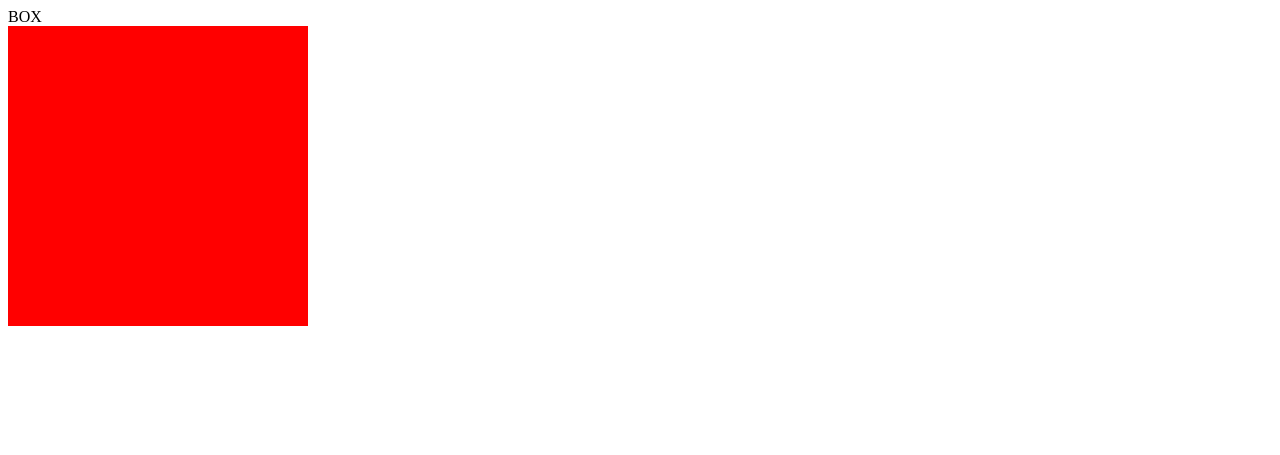
Repository: cyaomasa/java-
Page: box/box.html
The author's editor kept a record of every edit. The page is drawn from the files as they stood at one moment, then again after the next edit.
The browser window is 1280 px wide. The pictures show the whole page.

Above is the page before.

### box/box.html
<!DOCTYPE html>
<html lang="ja">
  <head>
    <meta charset="UTF-8" />
    <!--cssファイルの取り込み-->
    <link rel="stylesheet" href="box.css" />
    <tytle>BOX</tytle>

  </head>
  <body>
    <!--box1用のdiv-->
    <div class="box1"></div>
  </body>
</html>

### box/box.css
.box1 {
  width: 300px;
  height: 300px;
  background-color: red;
}

.box2 {
  width:100px;
  height:100px;
  background-color: blue;
  /*指定方法（boxの周囲すべてに枠線を設定する場合）*/
  border: 5px solid yellow;
}

After the next edit:
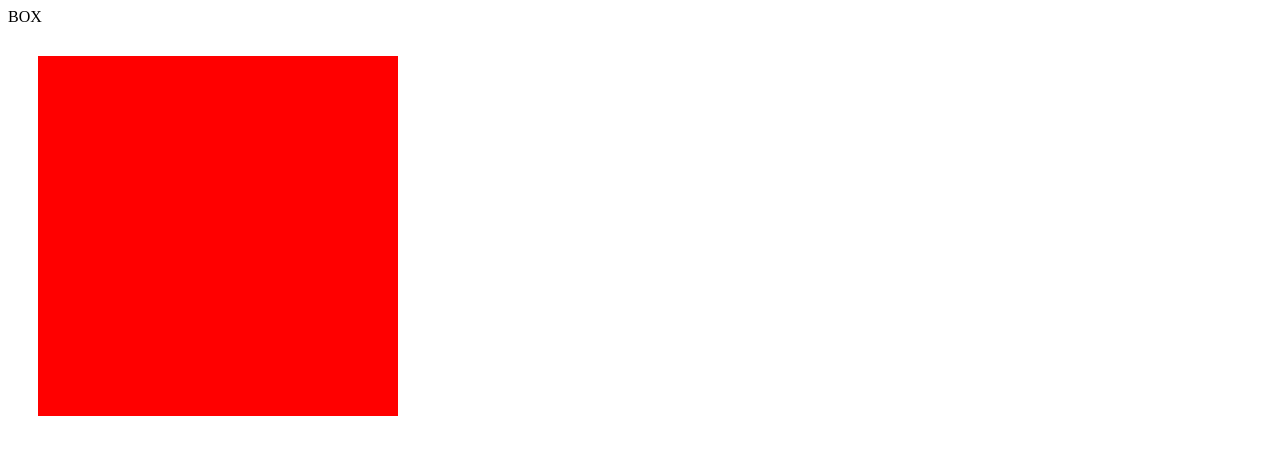
The edit:
--- a/box/box.css
+++ b/box/box.css
@@ -2,6 +2,8 @@
   width: 300px;
   height: 300px;
   background-color: red;
+  margin: 30px;
+  padding: 30px;
 }
 
 .box2 {
